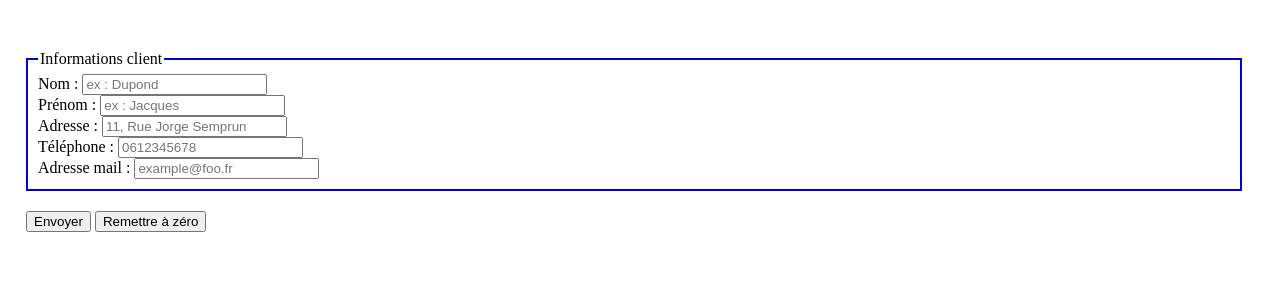
Repository: big73/NFE114
Page: http://localhost/Seance4-step1/formClient.jsp
The author's editor kept a copy of each file at every save. The page is drawn from the files as they stood at one save, then again after the next save.
The browser window is 1280 px wide. The pictures show the whole page.
The page is served by Tomcat 9. Other server files are loaded and not shown.

Above is the page before, as saved 2015-12-30 14:19:18.

### Seance4-step1/WebContent/formClient.jsp
<%@ page language="java" contentType="text/html; charset=UTF-8"
    pageEncoding="UTF-8"%>
<!DOCTYPE html PUBLIC "-//W3C//DTD HTML 4.01 Transitional//EN" "http://www.w3.org/TR/html4/loose.dtd">
<html>
<head>
<meta http-equiv="Content-Type" content="text/html; charset=UTF-8">
<title>Insert title here</title>
<link rel="stylesheet" href="css/style.css">
</head>
<body>

	<form>
		<fieldset>
		<legend>Informations client</legend>

			<label>Nom : </label>
			<input class="saisie" type="text" placeholder="ex : Dupond" name="nom"><br>

			<label>Prénom : </label>
			<input class="saisie" type="text" placeholder="ex : Jacques" name="prenom"><br>

			<label>Adresse : </label>
			<input type="text" placeholder="11, Rue Jorge Semprun" name="adresse"><br>

			<label>Téléphone : </label>
			<input type="text" placeholder="0612345678" name="phone"><br>

			<label>Adresse mail : </label>
			<input type="text" placeholder="example@foo.fr" name="mail"><br>
		</fieldset>

		<div class="actionneur">
			<input type="submit" value="Envoyer">
			<input type="reset" value="Remettre à zéro">
		</div>
	</form>

</body>
</html>

### Seance4-step1/WebContent/WEB-INF/taglibs.jsp
<%@ page language="java" contentType="text/html; charset=UTF-8" pageEncoding="UTF-8"%>
<%@ taglib uri="http://java.sun.com/jsp/jstl/core" prefix="c" %>
<%@ taglib uri="http://java.sun.com/jsp/jstl/functions" prefix="fn" %>
<!DOCTYPE html PUBLIC "-//W3C//DTD HTML 4.01 Transitional//EN" "http://www.w3.org/TR/html4/loose.dtd">
<html>
<head>
<meta http-equiv="Content-Type" content="text/html; charset=UTF-8">
<title>Taglibs Repo</title>
</head>
<body>

</body>
</html>

### Seance4-step1/WebContent/css/style.css
.actionneur
{
	margin-left : 18px;
}

fieldset {
    border-color: blue;
    margin-top : 50px;
    margin-left : 18px;
    margin-right : 30px;
    margin-bottom : 20px;

    padding-left : 10px;
}

.saisie
{
	margin-right : 50px;;
}

After the next save:
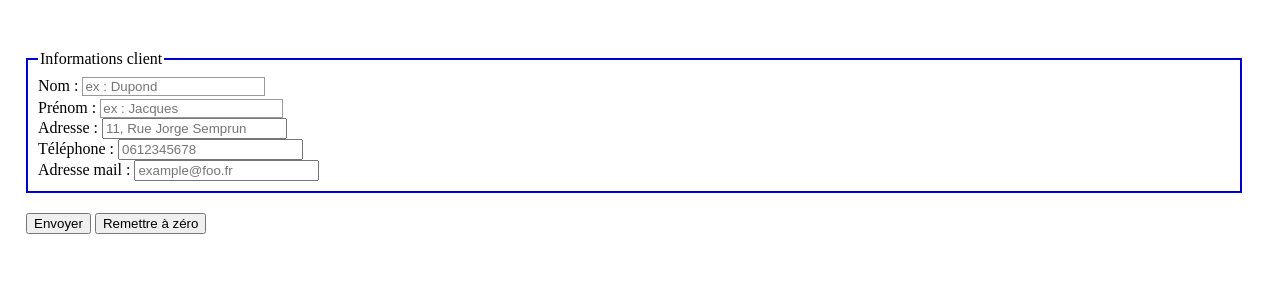
Saved 2 min 24 s later.
--- a/Seance4-step1/WebContent/css/style.css
+++ b/Seance4-step1/WebContent/css/style.css
@@ -15,5 +15,7 @@ fieldset {
 
 .saisie
 {
-	margin-right : 50px;;
+	margin: 3px 3px 0px 0px;
+
+    border: 1px #999 solid;
 }
